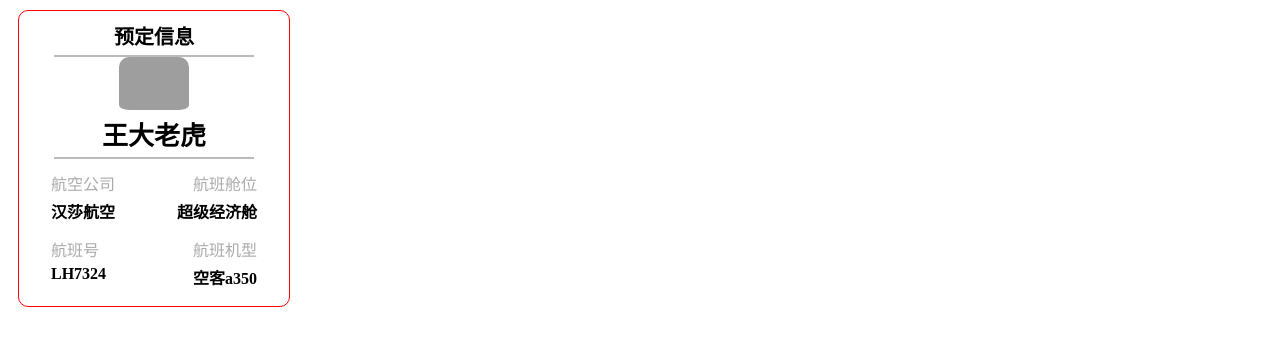
Repository: xzm1997/react-learning
Page: /
These files come from the project's save history. The page is drawn as it stood at one moment and after the next save; the edit follows.
The browser window is 1280 px wide. The pictures show the whole page.
Pictures or frames that could not be fetched are drawn as grey boxes. The project was rebuilt for these pictures with package versions that can differ from the ones it lists, and the page was loaded fresh each time.

Above is the page before, as saved 2023-01-31 11:05:25.

After the next save:
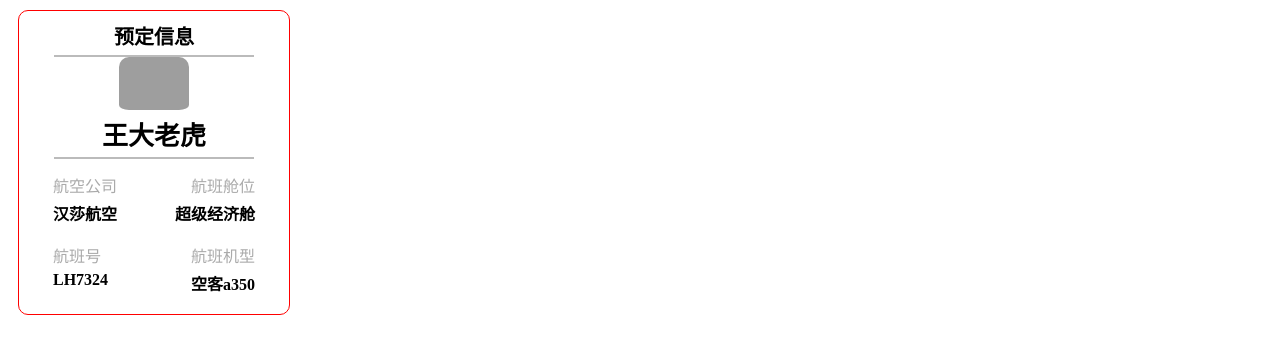
Saved 7 s later.
--- a/src/index.css
+++ b/src/index.css
@@ -47,7 +47,7 @@
 }
 
 .infoShow {
-  padding: 5px;
+  padding: 7px;
 }
 
 .bookTitle {
